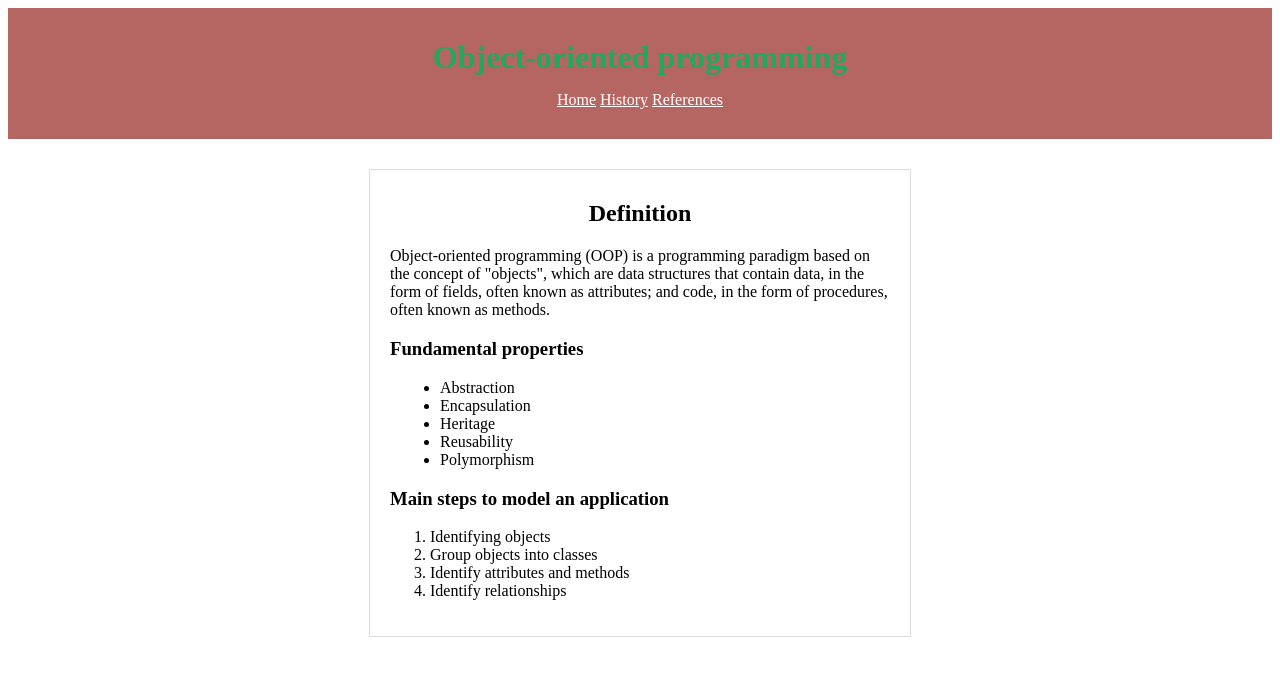
Repository: ReyesEvan/8.-Septimo_semestre
Page: Aplicaciones_en_ambientes_distribuidos/OOP/V3/home.html
The author's editor kept a copy of each file at every save. The page is drawn from the files as they stood at one save, then again after the next save.
The browser window is 1280 px wide. The pictures show the whole page.

Above is the page before, as saved 2019-09-30 18:31:47.

### Aplicaciones_en_ambientes_distribuidos/OOP/V3/home.html
<!DOCTYPE html>
<html>
    <head>
        <link type="text/css" rel="stylesheet" href="main.css">
    </head>
    <body>
        <div class='header'>
            <h1>Object-oriented programming</h1>
            <ul class="nav">
                <li><a href="home.html">Home</a></li>
                <li><a href="history.html">History</a></li>
                <li><a href="references.html">References</a></li>
            </ul>
        </div>
        <div class='main-content'>
            <h2>Definition</h2>
            <p>Object-oriented programming (OOP) is a programming paradigm based on the concept of "objects", which are data structures that contain data, in the form of fields, often known as attributes; and code, in the form of procedures, often known as methods.
            </p>
            <h3>Fundamental properties</h3>
            <ul>
                <li>Abstraction</li>
                <li>Encapsulation</li>
                <li>Heritage</li>
                <li>Reusability</li>
                <li>Polymorphism</li>
            </ul>
            <h3>Main steps to model an application</h3>
            <ol>
                <li>Identifying objects</li>
                <li>Group objects into classes</li>
                <li>Identify attributes and methods</li>
                <li>Identify relationships</li>
            </ol>
        </div>
    </body>
</html>

### Aplicaciones_en_ambientes_distribuidos/OOP/V3/main.css
body {
    padding: 0;
}

h1 {
    color: #22a85e;
    margin-bottom: 15px;
    text-align: center;
}

h2 {
    margin: 10px 0 20px 0;
    text-align: center
}

.header {
    padding: 10px;
    background-color: #b56663;
}

.header a {
    color: #ffffff;
}

ul {
    padding: 0 0 0 50px;
}

.nav {
    padding-left: 0;
    margin: 5px 0 20px;
    text-align: center;
}

.nav li {
    display: inline;
}

.main-content {
    width: 500px;
    padding: 20px;
    border: 1px solid #dddddd;
    margin: 30px auto 0 auto;
}

After the next save:
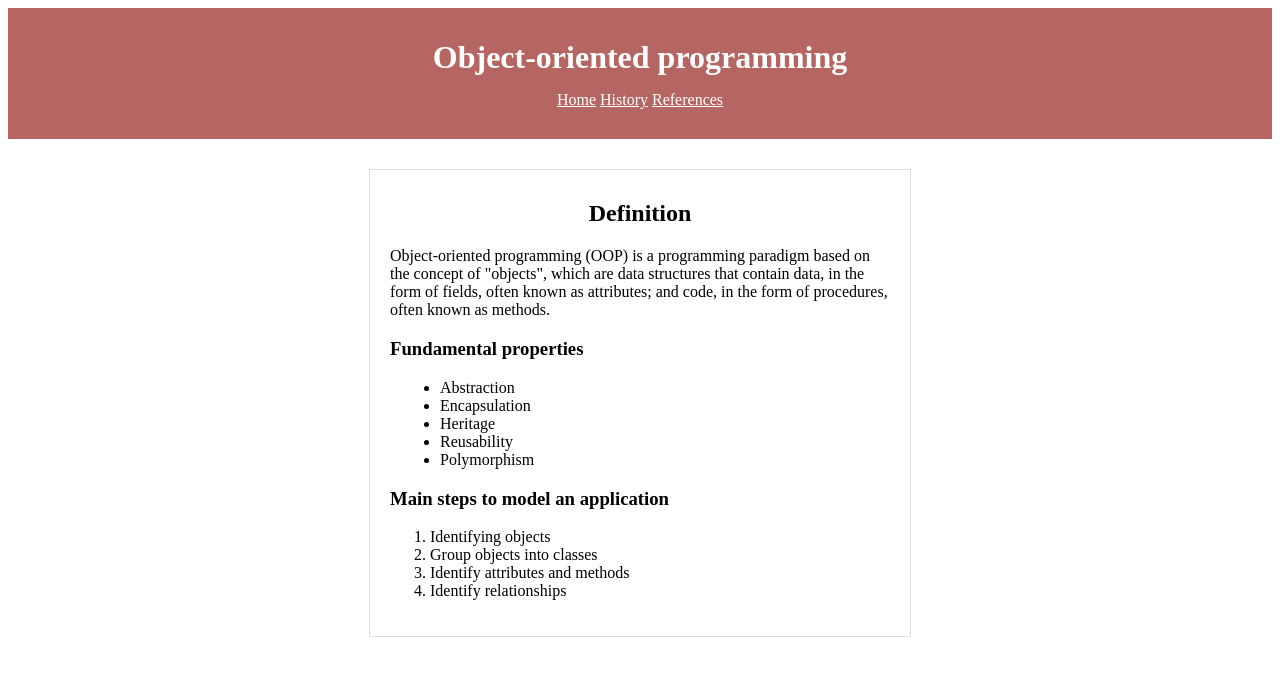
Saved 9 s later.
--- a/Aplicaciones_en_ambientes_distribuidos/OOP/V3/main.css
+++ b/Aplicaciones_en_ambientes_distribuidos/OOP/V3/main.css
@@ -3,7 +3,7 @@ body {
 }
 
 h1 {
-    color: #22a85e;
+    color: #ffffff;
     margin-bottom: 15px;
     text-align: center;
 }
